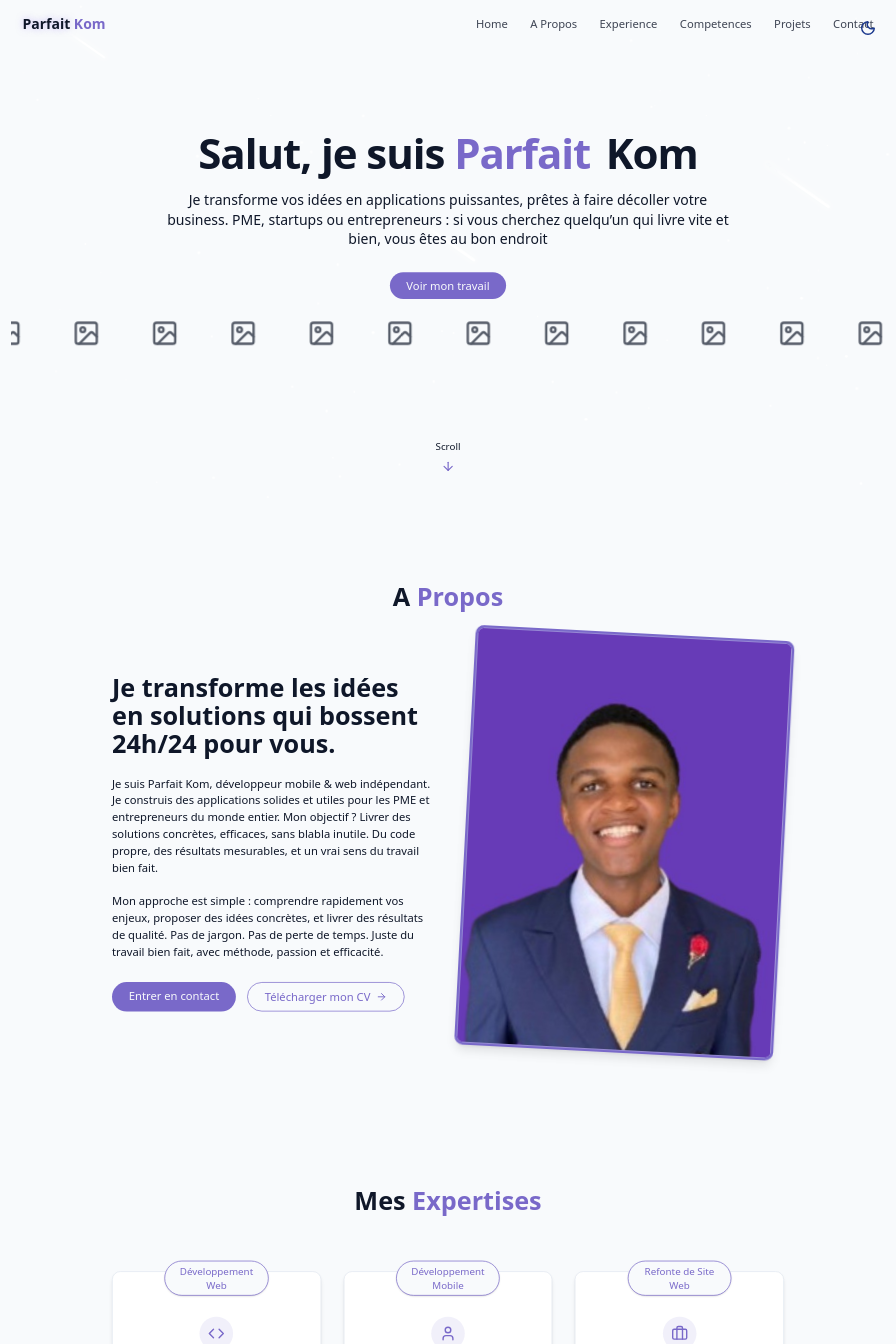
Repository: KOMI18/komi-folio
Page: /
The author's editor kept a copy of each file at every save. The page is drawn from the files as they stood at one save, then again after a run of saves.
The browser window is 1280 px wide. The pictures show the part of the page from y = 0 to 1920 px (the page is 5793 px tall), at 70% of full size.
The project was rebuilt for these pictures with package versions that can differ from the ones it lists, and the page was loaded fresh each time. Also part of the build but not shown: vite.config.js, src/pages/NotFound.jsx.

Above is the page before, as saved 2025-06-27 21:31:02.

### index.html
<!doctype html>
<html lang="en">
  <head>
    <meta charset="UTF-8" />
    <link rel="icon" type="image/svg+xml" href="" />
    <meta name="viewport" content="width=device-width, initial-scale=1.0" />
    <title>Parfait Kom</title>
  </head>
  <body>
    <div id="root"></div>
    <script type="module" src="/src/main.jsx"></script>
  </body>
</html>

### src/pages/Home.jsx
import { Navbar } from "../components/Navbar";
import { ThemeToggle } from "../components/ThemeToggle";
import { StarBackground } from "@/components/StarBackground";
import { HeroSection } from "../components/HeroSection";
import { AboutSection } from "../components/AboutSection";
import { SkillsSection } from "../components/SkillsSection";
import { ProjectsSection } from "../components/ProjectsSection";
import { ContactSection } from "../components/ContactSection";
import { Footer } from "../components/Footer";
import {ExperienceSection} from "../components/ExperianceSection"
import { ExpertiseSection } from "../components/ExpertiseSection";
export const Home = () => {
  return (
    <div className="min-h-screen bg-background text-foreground overflow-x-hidden">
      {/* Theme Toggle */}
      <ThemeToggle />
      {/* Background Effects */}
      <StarBackground />

      {/* Navbar */}
      <Navbar />
      {/* Main Content */}
      <main>
        <HeroSection />
        <AboutSection />
        <ExpertiseSection/>
        <ExperienceSection/>
        <SkillsSection />
        <ProjectsSection />
        <ContactSection />
      </main>

      {/* Footer */}
      <Footer />
    </div>
  );
};

### src/components/ui/toaster.jsx
import { useToast } from "@/hooks/use-toast";
import {
  Toast,
  ToastClose,
  ToastDescription,
  ToastProvider,
  ToastTitle,
  ToastViewport,
} from "@/components/ui/toast";

export function Toaster() {
  const { toasts } = useToast();

  return (
    <ToastProvider>
      {toasts.map(function ({ id, title, description, action, ...props }) {
        return (
          <Toast key={id} {...props}>
            <div className="grid gap-1">
              {title && <ToastTitle>{title}</ToastTitle>}
              {description && (
                <ToastDescription>{description}</ToastDescription>
              )}
            </div>
            {action}
            <ToastClose />
          </Toast>
        );
      })}
      <ToastViewport />
    </ToastProvider>
  );
}

### src/components/Navbar.jsx
import { cn } from "@/lib/utils";
import { Menu, X } from "lucide-react";
import { useEffect, useState } from "react";

const navItems = [
  { name: "Home", href: "#hero" },
  { name: "A Propos", href: "#about" },
  { name: "Experience", href: "#experience" },
  { name: "Competences", href: "#skills" },
  { name: "Projets", href: "#projects" },
  { name: "Contact", href: "#contact" },


];

export const Navbar = () => {
  const [isScrolled, setIsScrolled] = useState(false);
  const [isMenuOpen, setIsMenuOpen] = useState(false);

  useEffect(() => {
    const handleScroll = () => {
      setIsScrolled(window.screenY > 10);
    };

    window.addEventListener("scroll", handleScroll);
    return () => window.removeEventListener("scroll", handleScroll);
  }, []);
  return (
    <nav
      className={cn(
        "fixed w-full z-40 transition-all duration-300",
        isScrolled ? "py-3 bg-background/80 backdrop-blur-md shadow-xs" : "py-5"
      )}
    >
      <div className="container flex items-center justify-between">
        <a
          className="text-xl font-bold text-primary flex items-center"
          href="#hero"
        >
          <span className="relative z-10">
            <span className="text-glow text-foreground"> Parfait  </span>{" "}
            Kom
          </span>
        </a>

        {/* desktop nav */}
        <div className="hidden md:flex space-x-8">
          {navItems.map((item, key) => (
            <a
              key={key}
              href={item.href}
              className="text-foreground/80 hover:text-primary transition-colors duration-300"
            >
              {item.name}
            </a>
          ))}
        </div>

        {/* mobile nav */}

        <button
          onClick={() => setIsMenuOpen((prev) => !prev)}
          className="md:hidden p-2 text-foreground z-50"
          aria-label={isMenuOpen ? "   Menu" : "Open Menu"}
        >
          {isMenuOpen ? <X size={24} /> : <Menu size={24} />}{" "}
        </button>

        <div
          className={cn(
            "fixed inset-0 bg-background/95 backdroup-blur-md z-40 flex flex-col items-center justify-center",
            "transition-all duration-300 md:hidden",
            isMenuOpen
              ? "opacity-100 pointer-events-auto"
              : "opacity-0 pointer-events-none"
          )}
        >
          <div className="flex flex-col space-y-8 text-xl">
            {navItems.map((item, key) => (
              <a
                key={key}
                href={item.href}
                className="text-foreground/80 hover:text-primary transition-colors duration-300"
                onClick={() => setIsMenuOpen(false)}
              >
                {item.name}
              </a>
            ))}
          </div>
        </div>
      </div>
    </nav>
  );
};

### src/components/ThemeToggle.jsx
import { Moon, Sun } from "lucide-react";
import { useEffect, useState } from "react";
import { cn } from "@/lib/utils";

export const ThemeToggle = () => {
  const [isDarkMode, setIsDarkMode] = useState(false);

  useEffect(() => {
    const storedTheme = localStorage.getItem("theme");
    if (storedTheme === "dark") {
      setIsDarkMode(true);
      document.documentElement.classList.add("dark");
    } else {
      localStorage.setItem("theme", "light");
      setIsDarkMode(false);
    }
  }, []);

  const toggleTheme = () => {
    if (isDarkMode) {
      document.documentElement.classList.remove("dark");
      localStorage.setItem("theme", "light");
      setIsDarkMode(false);
    } else {
      document.documentElement.classList.add("dark");
      localStorage.setItem("theme", "dark");
      setIsDarkMode(true);
    }
  };

  return (
    <button
      onClick={toggleTheme}
      className={cn(
        "fixed max-sm:hidden top-5 right-5 z-50 p-2 rounded-full transition-colors duration-300",
        "focus:outlin-hidden"
      )}
    >
      {isDarkMode ? (
        <Sun className="h-6 w-6 text-yellow-300" />
      ) : (
        <Moon className="h-6 w-6 text-blue-900" />
      )}
    </button>
  );
};

### src/components/StarBackground.jsx
import { useEffect, useState } from "react";

// id, size, x, y, opacity, animationDuration
// id, size, x, y, delay, animationDuration

export const StarBackground = () => {
  const [stars, setStars] = useState([]);
  const [meteors, setMeteors] = useState([]);

  useEffect(() => {
    generateStars();
    generateMeteors();

    const handleResize = () => {
      generateStars();
    };

    window.addEventListener("resize", handleResize);

    return () => window.removeEventListener("resize", handleResize);
  }, []);

  const generateStars = () => {
    const numberOfStars = Math.floor(
      (window.innerWidth * window.innerHeight) / 10000
    );

    const newStars = [];

    for (let i = 0; i < numberOfStars; i++) {
      newStars.push({
        id: i,
        size: Math.random() * 3 + 1,
        x: Math.random() * 100,
        y: Math.random() * 100,
        opacity: Math.random() * 0.5 + 0.5,
        animationDuration: Math.random() * 4 + 2,
      });
    }

    setStars(newStars);
  };

  const generateMeteors = () => {
    const numberOfMeteors = 4;
    const newMeteors = [];

    for (let i = 0; i < numberOfMeteors; i++) {
      newMeteors.push({
        id: i,
        size: Math.random() * 2 + 1,
        x: Math.random() * 100,
        y: Math.random() * 20,
        delay: Math.random() * 15,
        animationDuration: Math.random() * 3 + 3,
      });
    }

    setMeteors(newMeteors);
  };

  return (
    <div className="fixed inset-0 overflow-hidden pointer-events-none z-0">
      {stars.map((star) => (
        <div
          key={star.id}
          className="star animate-pulse-subtle"
          style={{
            width: star.size + "px",
            height: star.size + "px",
            left: star.x + "%",
            top: star.y + "%",
            opacity: star.opacity,
            animationDuration: star.animationDuration + "s",
          }}
        />
      ))}

      {meteors.map((meteor) => (
        <div
          key={meteor.id}
          className="meteor animate-meteor"
          style={{
            width: meteor.size * 50 + "px",
            height: meteor.size * 2 + "px",
            left: meteor.x + "%",
            top: meteor.y + "%",
            animationDelay: meteor.delay,
            animationDuration: meteor.animationDuration + "s",
          }}
        />
      ))}
    </div>
  );
};

### src/components/HeroSection.jsx
import { ArrowDown , Image } from "lucide-react";

export const HeroSection = () => {
  const logos = [
    { src: "/projects/project1.png", alt: "Flutter" },
    { src: "/projects/project1.png", alt: "React" },
    { src: "/projects/project1.png", alt: "Node.js" },
    { src: "/projects/project1.png", alt: "JavaScript" },
    { src: "/projects/project1.png", alt: "HTML5" },
    { src: "/projects/project1.png", alt: "CSS3" },
    { src: "/projects/project1.png", alt: "MongoDB" },
    { src: "/projects/project1.png", alt: "MySQL" }
  ];
  return (
    <section
      id="hero"
      className="relative min-h-screen flex flex-col items-center justify-center px-4"
    >
      <div className="container max-w-4xl mx-auto text-center z-10">
        <div className="space-y-6">
          <h1 className="text-4xl md:text-6xl font-bold tracking-tight">
            <span className="opacity-0 animate-fade-in">Salut, je suis</span>
            <span className="text-primary opacity-0 animate-fade-in-delay-1">
              {" "}
              Parfait
            </span>
            <span className="text-gradient ml-2 opacity-0 animate-fade-in-delay-2">
              {" "}
              Kom
            </span>
          </h1>

          <p className="text-lg md:text-xl text-muted-foreground max-2-2xl mx-auto opacity-0 animate-fade-in-delay-3">
          Je transforme vos idées en applications  puissantes, prêtes à faire décoller votre business.
          PME, startups ou entrepreneurs : si vous cherchez quelqu’un qui livre vite et bien, vous êtes au bon endroit
          </p>

          <div className="pt-4 opacity-0 animate-fade-in-delay-4">
            <a href="#projects" className="cosmic-button">
             Voir mon travail
            </a>
          </div>
        </div>
      </div>
      <div className="overflow-hidden py-4 w-full relative">
      <div className="flex whitespace-nowrap animate-carousel">
        {[...logos, ...logos, ...logos].map((logo, index) => (
          <div key={index} className="w-20 h-20 flex items-center justify-center flex-shrink-0 mx-4">
            <Image
              src={logo.src}
              alt={logo.alt}
              width={40}
              height={40}
              className="opacity-70 hover:opacity-100 transition"
            />
          </div>
        ))}
      </div>
    </div>
      <div className="absolute bottom-8 left-1/2 transform -translate-x-1/2 flex flex-col items-center animate-bounce">
        <span className="text-sm text-muted-foreground mb-2"> Scroll </span>
        <ArrowDown className="h-5 w-5 text-primary" />
      </div>
    </section>
  );

};

### src/components/AboutSection.jsx

import { ArrowRight , Image} from "lucide-react";

export const AboutSection = () => {
  return (
    <section id="about" className="py-24 px-4 bg-background">
       <h2 className="text-3xl md:text-4xl font-bold mb-4 py-4 text-center">
          {" "}
          A <span className="text-primary">Propos</span>
        </h2>
      <div className="container mx-auto max-w-5xl grid grid-cols-1 md:grid-cols-2  gap-12 items-center">
        {/* Image */}
        <div className="order-first md:order-last flex justify-center md:justify-start">
          <div className="w-40 h-40 sm:w-80 sm:h-80 md:w-[500px] md:h-[500px] lg:w-[600px] lg:h-[600px] relative transform rotate-3 rounded-xl overflow-hidden border-4 border-primary shadow-lg transition-transform duration-500 hover:scale-105">
            <img
              src="/projects/parfaitkom.jpeg"
              alt="Parfait Kom"
              className="w-full h-full object-cover"
              width={500}
              height={500}
            />
          </div>
        </div>
        {/* Content */}
        <div className="space-y-6">
          <h2 className="text-3xl md:text-4xl font-bold text-left  md:text-left">
            Je transforme les idées en solutions qui bossent 24h/24 pour vous.
          </h2>

          <p className="text-muted-foreground text-left md:text-left">
            Je suis Parfait Kom, développeur mobile & web indépendant. Je construis des applications solides et utiles pour les PME et entrepreneurs du monde entier. Mon objectif ? Livrer des solutions concrètes, efficaces, sans blabla inutile. Du code propre, des résultats mesurables, et un vrai sens du travail bien fait.
          </p>

          <p className="text-muted-foreground text-left md:text-left">
            Mon approche est simple : comprendre rapidement vos enjeux, proposer des idées concrètes, et livrer des résultats de qualité. Pas de jargon. Pas de perte de temps. Juste du travail bien fait, avec méthode, passion et efficacité.
          </p>

          <div className="flex flex-col sm:flex-row gap-4 pt-2">
            <a href="#contact" className="cosmic-button">
              Entrer en contact
            </a>

            <a
              href="/docs/Parfait_Kom_CV.pdf"
              download
              className="px-6 py-2 rounded-full border border-primary text-primary hover:bg-primary/10 transition-colors duration-300 flex items-center gap-2"
            >
              Télécharger mon CV <ArrowRight className="w-4 h-4" />
            </a>
          </div>
        </div>
      </div>
    </section>
  );
};

export default AboutSection;

### src/components/SkillsSection.jsx
import { useState } from "react";
import { cn } from "@/lib/utils";

const skills = [
  // Frontend
  { name: "Flutter / Dart", level: 70, category: "frontend" },
  { name: "JavaScript", level: 60, category: "frontend" },
  { name: "React", level: 80, category: "frontend" },
  { name: "Tailwind CSS", level: 90, category: "frontend" },


  // Backend
  { name: "Node.js", level: 80, category: "backend" },
  { name: "Express", level: 75, category: "backend" },
  { name: "MongoDB", level: 70, category: "backend" },

  // Tools
  { name: "Git/GitHub", level: 80, category: "tools" },
  { name: "Postman", level: 80, category: "tools" },
];

const categories = ["Tout", "frontend", "backend", "tools"];

export const SkillsSection = () => {
  const [activeCategory, setActiveCategory] = useState("Tout");

  const filteredSkills = skills.filter(
    (skill) => activeCategory === "Tout" || skill.category === activeCategory
  );
  return (
    <section id="skills" className="py-24 px-4 relative bg-secondary/30">
      <div className="container mx-auto max-w-5xl">
        <h2 className="text-3xl md:text-4xl font-bold mb-12 text-center">
        Mes  <span className="text-primary"> compétences</span>
        </h2>

        <div className="flex flex-wrap justify-center gap-4 mb-12">
          {categories.map((category, key) => (
            <button
              key={key}
              onClick={() => setActiveCategory(category)}
              className={cn(
                "px-5 py-2 rounded-full transition-colors duration-300 capitalize",
                activeCategory === category
                  ? "bg-primary text-primary-foreground"
                  : "bg-secondary/70 text-forefround hover:bd-secondary"
              )}
            >
              {category}
            </button>
          ))}
        </div>

        <div className="grid grid-cols-1 sm:grid-cols-2 lg:grid-cols-3 gap-6">
          {filteredSkills.map((skill, key) => (
            <div
              key={key}
              className="bg-card p-6 rounded-lg shadow-xs card-hover"
            >
              <div className="text-left mb-4">
                <h3 className="font-semibold text-lg"> {skill.name}</h3>
              </div>
              <div className="w-full bg-secondary/50 h-2 rounded-full overflow-hidden">
                <div
                  className="bg-primary h-2 rounded-full origin-left animate-[grow_1.5s_ease-out]"
                  style={{ width: skill.level + "%" }}
                />
              </div>

              <div className="text-right mt-1">
                <span className="text-sm text-muted-foreground">
                  {skill.level}%
                </span>
              </div>
            </div>
          ))}
        </div>
      </div>
    </section>
  );
};

### src/components/Footer.jsx
import { ArrowUp } from "lucide-react";

export const Footer = () => {
  return (
    <footer className="py-12 px-4 bg-card relative border-t border-border mt-12 pt-8 flex flex-wrap justify-between items-center">
      {" "}
      <p className="text-sm text-muted-foreground">
        {" "}
        &copy; {new Date().getFullYear()} Parfait Kom . All rights reserved.
      </p>
      <a
        href="#hero"
        className="p-2 rounded-full bg-primary/10 hover:bg-primary/20 text-primary transition-colors"
      >
        <ArrowUp size={20} />
      </a>
    </footer>
  );
};

### src/components/ExpertiseSection.jsx
import { useEffect } from "react";
import { Code, User, Briefcase } from "lucide-react";

export const ExpertiseSection = () => {
  const services = [
    {
      icon: <Code className="h-6 w-6 text-primary" />,
      title: "Développement Web",
      description:
        "Des sites solides, rapides, pensés pour convaincre et performer. Rien n'est laissé au hasard."
    },
    {
      icon: <User className="h-6 w-6 text-primary" />,
      title: "Développement Mobile",
      description:
        "Des applications mobiles modernes, stables et fluides. Pensées pour vos utilisateurs, conçues pour durer."
    },
    {
      icon: <Briefcase className="h-6 w-6 text-primary" />,
      title: "Refonte de Site Web",
      description:
        "Un site obsolète, c’est un frein. Je repense, restructure et redonne vie à votre présence en ligne."
    }
  ];

  useEffect(() => {
    const observer = new IntersectionObserver(
      (entries) => {
        entries.forEach((entry) => {
          if (entry.isIntersecting) {
            entry.target.classList.add("animate-fade-in-up");
            observer.unobserve(entry.target);
          }
        });
      },
      { threshold: 0.2 }
    );

    const cards = document.querySelectorAll(".expertise-card");
    cards.forEach((card) => observer.observe(card));

    return () => observer.disconnect();
  }, []);

  return (
    <section id="expertise" className="py-24 px-4 bg-background">
      <div className="container max-w-5xl mx-auto text-center">
        <h2 className="text-3xl md:text-4xl font-bold mb-16">
          Mes <span className="text-primary">Expertises</span>
        </h2>

        <div className="grid grid-cols-1 md:grid-cols-3 gap-8 items-end">
          {services.map((service, index) => (
            <div
              key={index}
              className="expertise-card opacity-0 transition-opacity duration-700 ease-out translate-y-4 relative z-10 bg-card border border-border rounded-xl p-6 shadow-md hover:shadow-lg flex flex-col justify-between"
            >
              <div>
                <div className="absolute -top-4 left-1/2 -translate-x-1/2 bg-background px-3 py-1 rounded-full border border-primary text-primary text-sm font-medium shadow">
                  {service.title}
                </div>
                <div className="flex flex-col items-center pt-10 space-y-4">
                  <div className="p-3 rounded-full bg-primary/10">{service.icon}</div>
                  <p className="text-muted-foreground text-sm text-center">
                    {service.description}
                  </p>
                </div>
              </div>
              {index < services.length  && (
                <svg
                  viewBox="0 0 100 50"
                  preserveAspectRatio="none"
                  className="w-full h-8 mt-4"
                >
                  <path
                    d="M0 0 C 50 50, 50 50, 100 0"
                    stroke="#6366f1"
                    strokeWidth="2"
                    fill="none"
                    strokeDasharray="6 4"
                  />
                </svg>
              )}
            </div>
          ))}
        </div>
      </div>
    </section>
  );
};

Loaded but not shown: src/main.jsx (common file); src/App.jsx (common file); src/lib/utils.js (common file); src/hooks/use-toast.js (144 lines, source omitted); src/components/ContactSection.jsx (186 lines, source omitted); src/components/ExperianceSection.jsx (117 lines, source omitted); src/components/ui/toast.jsx (102 lines, source omitted); src/components/ProjectsSection.jsx (112 lines, source omitted); src/index.css (183 lines, source omitted)

After the next 2 saves:
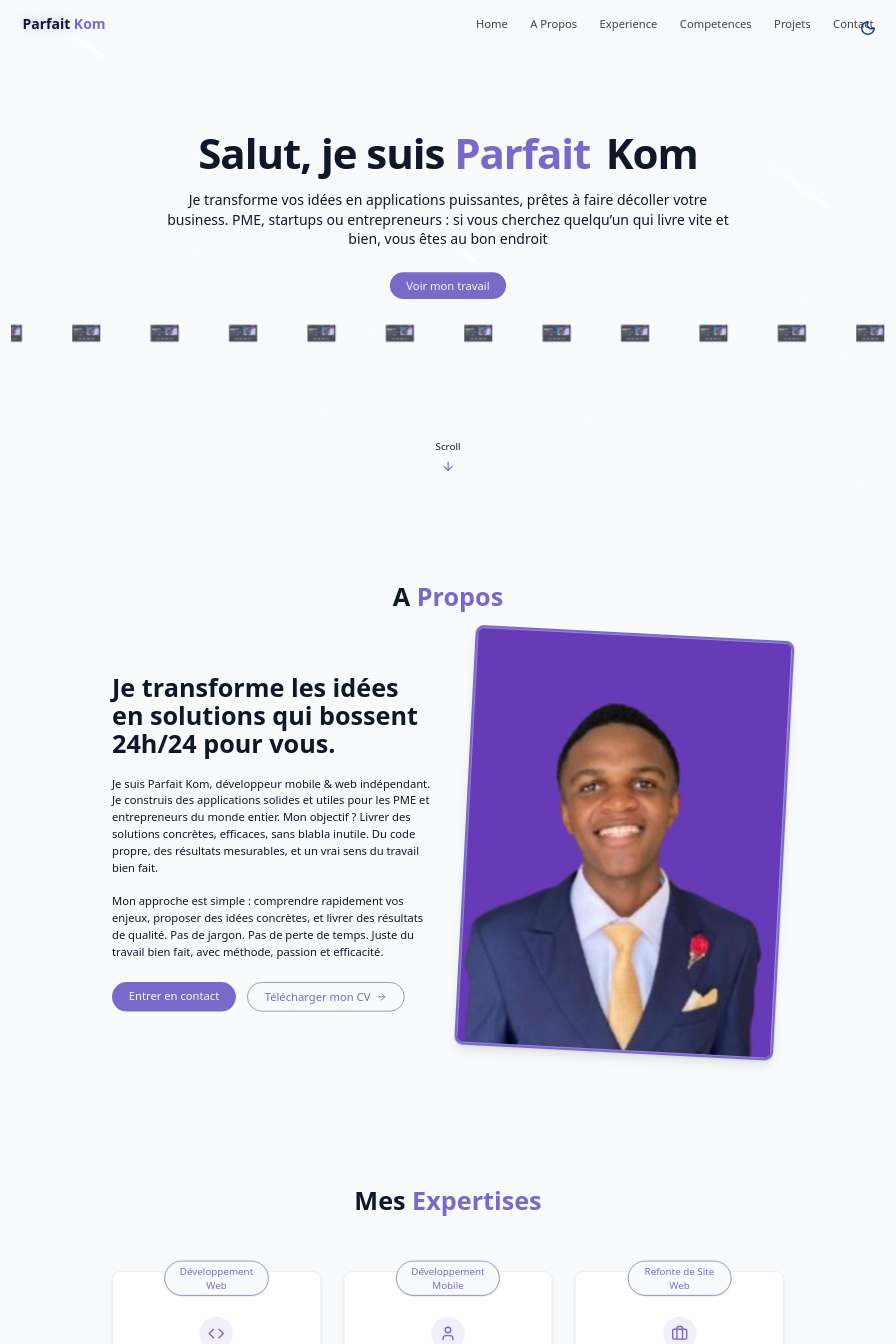
The 2 saves are shown as one change because they came seconds apart.
The last was saved 33 s later.
--- a/src/components/HeroSection.jsx
+++ b/src/components/HeroSection.jsx
@@ -46,7 +46,7 @@ export const HeroSection = () => {
       <div className="flex whitespace-nowrap animate-carousel">
         {[...logos, ...logos, ...logos].map((logo, index) => (
           <div key={index} className="w-20 h-20 flex items-center justify-center flex-shrink-0 mx-4">
-            <Image
+            <img
               src={logo.src}
               alt={logo.alt}
               width={40}
